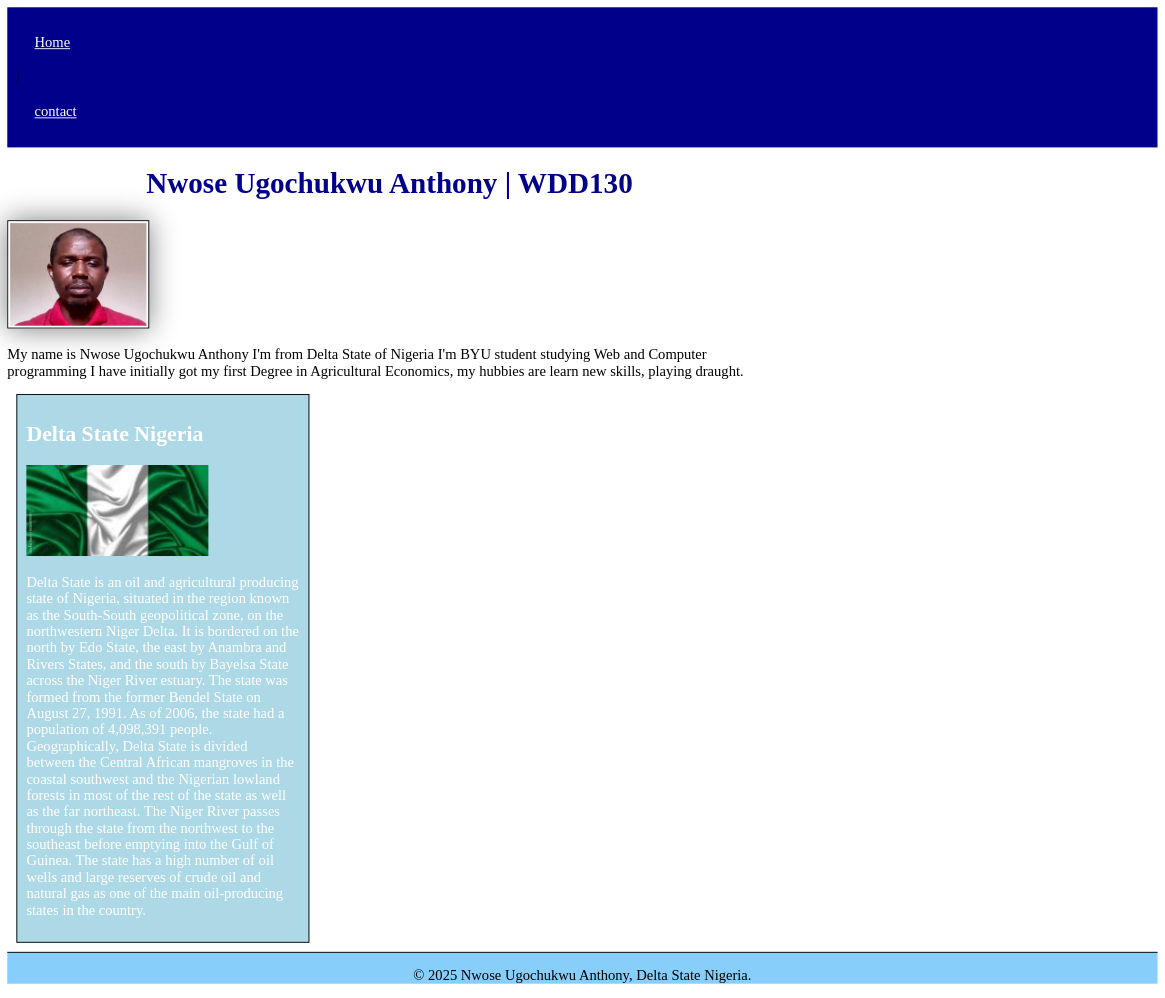
Repository: NoblesNigeria/wdd130
Page: index.html
The author's editor kept a copy of each file at every save. The page is drawn from the files as they stood at one save, then again after the next save.
The browser window is 1280 px wide. The pictures show the whole page, at 91% of full size.

Above is the page before, as saved 2025-09-08 19:48:21.

### index.html
<!DOCTYPE html>
<html lang="en">

<head>
    <meta charset="UTF-8">
    <meta name="viewport" content="width=device-width, initial-scale=1.0">
    <title>Nwose Ugochukwu Anthony| WDD130</title>
    <meta name="description" content="This is my personal webpage">
    <meta name="Author" content="Nwose Ugochukwu Anthony">
    <link rel="stylesheet" href="styles/styles.css">
</head>

<body>
    <header>
        <nav>
            <a href="#">Home</a> |
            <a href="#">contact</a>
        </nav>
    </header>
    <main>
        <h1>Nwose Ugochukwu Anthony | WDD130</h1>
        <img src="images/profile.jpg" alt="Nwose Anthony" width="200">
        <p>My name is Nwose Ugochukwu Anthony I'm from Delta State of Nigeria I'm BYU student studying Web and Computer
            programming I have initially got my first Degree in Agricultural Economics, my hubbies are learn new skills,
            playing draught.
        </p>
    </main>
    <aside>
        <h2>Delta State Nigeria</h2>
        <img src="images/nigeria-flag.jpg" alt="Delta State Nigeria" width="200">
        <p>Delta State is an oil and agricultural producing state of Nigeria, situated in the region known as the
            South-South geopolitical zone, on the northwestern Niger Delta. It is bordered on the north by Edo State,
            the east by Anambra and Rivers States, and the south by Bayelsa State across the Niger River estuary. The
            state was formed from the former Bendel State on August 27, 1991. As of 2006, the state had a population of
            4,098,391 people. Geographically, Delta State is divided between the Central African mangroves in the
            coastal southwest and the Nigerian lowland forests in most of the rest of the state as well as the far
            northeast. The Niger River passes through the state from the northwest to the southeast before emptying
            into the Gulf of Guinea. The state has a high number of oil wells and large reserves of crude oil and
            natural gas as one of the main oil-producing states in the country.
        </p>
    </aside>
    <footer>
        <p>&copy; 2025 Nwose Ugochukwu Anthony, Delta State Nigeria.</p>
    </footer>

</body>

</html>

### styles/styles.css
nav {
    background-color: darkblue;
    padding: 10px;
}
nav a {
    color: white;
    display: block;
    padding: 20px;
}
h1 {
    color: darkblue;
    text-align: center;
}
main {
    max-width: 840px;
}
main img {
    width: 150px;
    height: auto;
    border: 1px solid black;
    padding: 2px;
    box-shadow: 0 0 30px gray;
}
aside{
    width: 300px;
    margin: 10px;
    border: 1px solid black;
    padding: 10px;
    background-color: lightblue;
    color:white
}
aside img {
    width: 200px;
    height: auto;
}
p {
    padding: 0;
}
footer {
    text-align: center;
    margin-top: 1px;
    border-top: 1px solid black;
    background-color: lightskyblue;
}

After the next save:
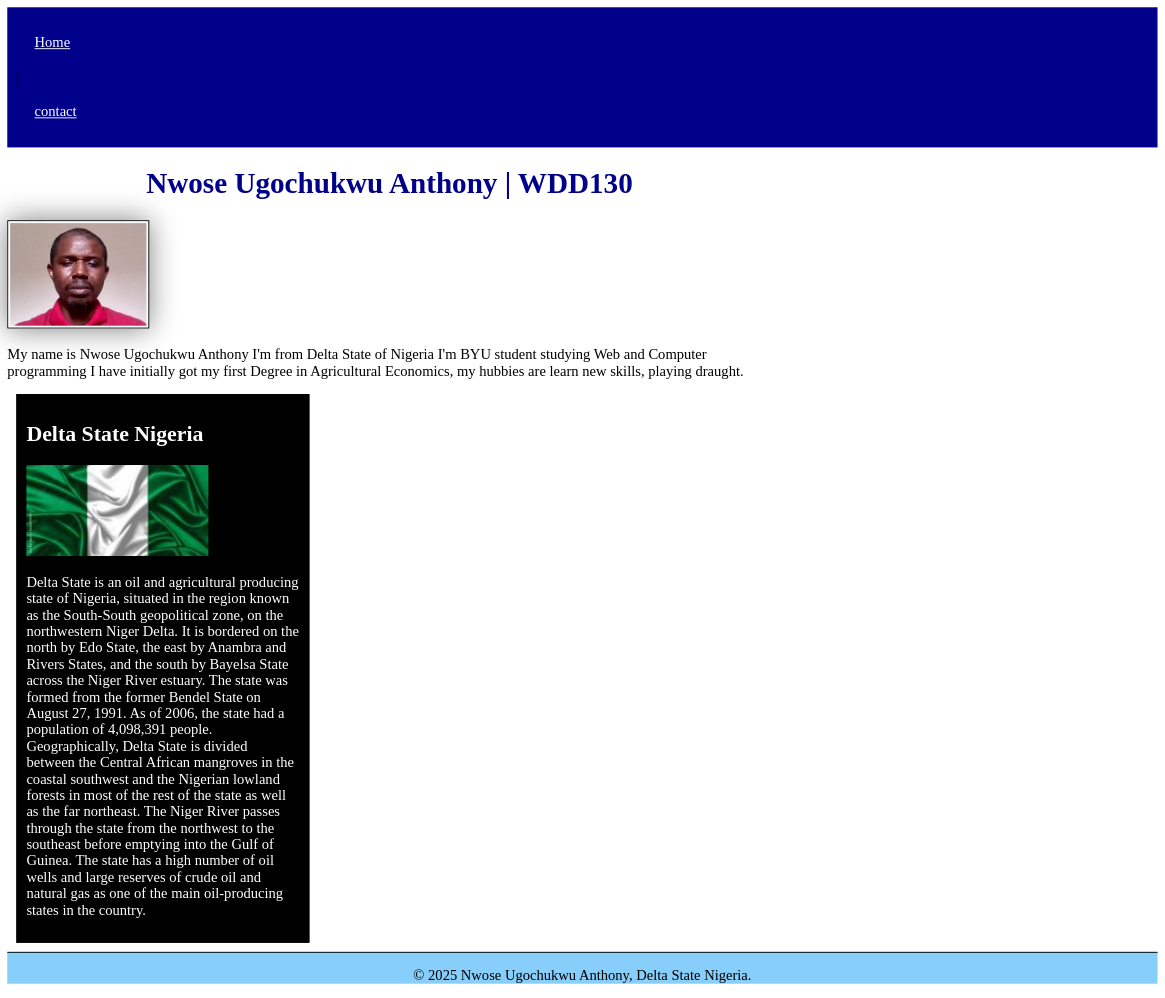
Saved 65 s later.
--- a/styles/styles.css
+++ b/styles/styles.css
@@ -26,7 +26,7 @@
     margin: 10px;
     border: 1px solid black;
     padding: 10px;
-    background-color: lightblue;
+    background-color: black;
     color:white
 }
 aside img {
